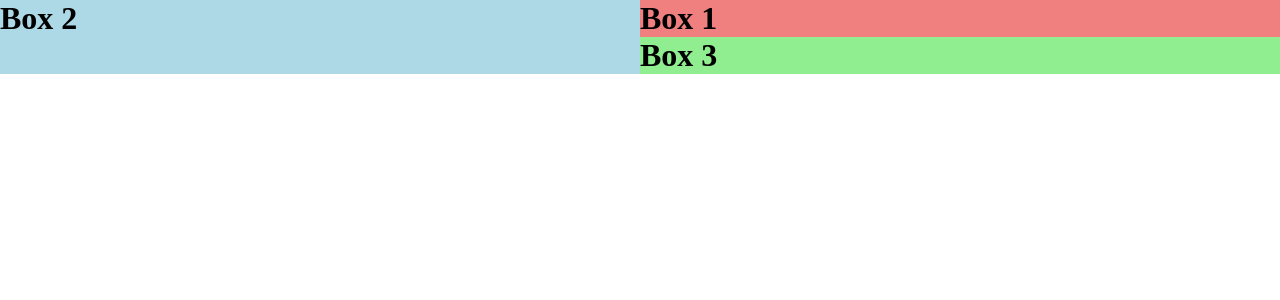
Repository: situmorang-com/grid-system
Page: index.html
The author's editor kept a copy of each file at every save. The page is drawn from the files as they stood at one save, then again after the next save.
The browser window is 1280 px wide. The pictures show the whole page.

Above is the page before, as saved 2020-06-24 18:09:42.

After the next save:
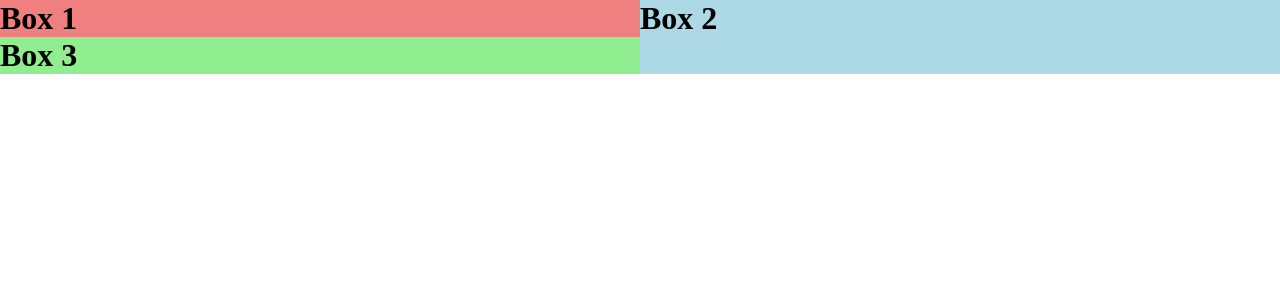
Saved 2 min 45 s later.
--- a/style.css
+++ b/style.css
@@ -29,7 +29,10 @@
     grid-column: 1/3;
 
 } */
-
+.box1 {
+    grid-row: 1/2;
+    grid-column: 1/2;
+}
 .box2 {
     grid-row: 1/3;
 }
